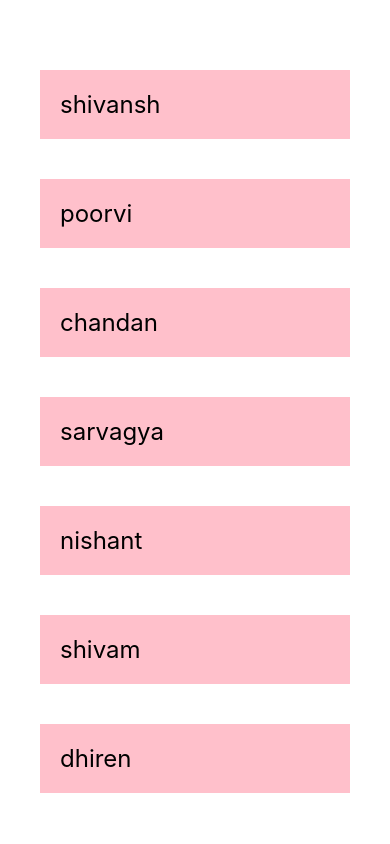
Repository: shiv0403/React-native-tutorial
Screen: /
These files come from the project's save history. The screen is drawn as it stood at one moment and after the next save; the edit follows.
The app was drawn by React Native's web renderer in a window 390 px wide. The project was rebuilt for these pictures with package versions that can differ from the ones it lists, and the page was loaded fresh each time.

Above is the screen before, as saved 2021-02-11 08:42:15.

After the next save:
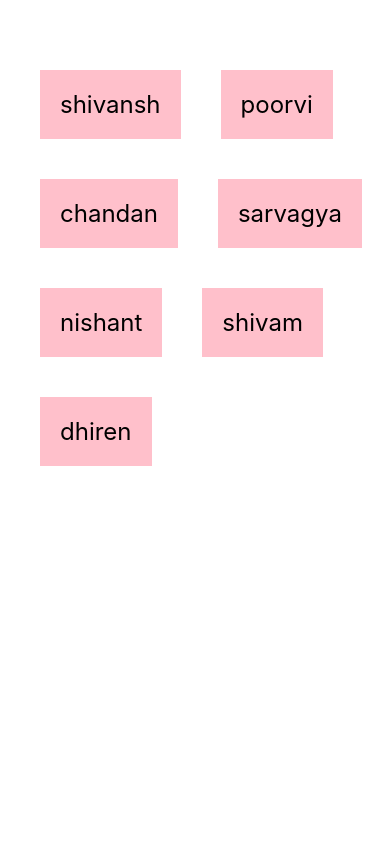
Saved 27 s later.
--- a/App.js
+++ b/App.js
@@ -15,6 +15,7 @@ export default function App() {
   return (
     <View style={styles.container}>
       <FlatList
+        numColumns={2}
         keyExtractor={(item) => item.key}
         data={people}
         renderItem={({ item }) => <Text style={styles.text}>{item.name}</Text>}
